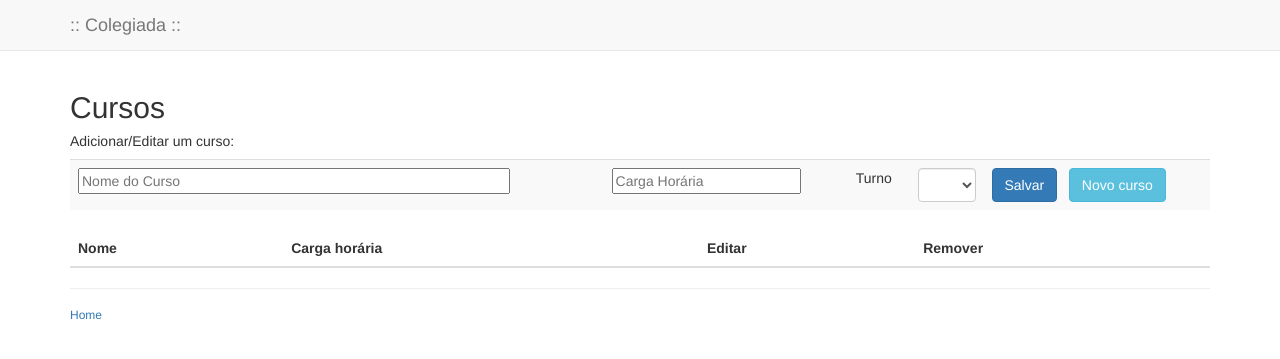
Repository: waltsonsilva/prova
Page: http://localhost/cadastros/cursos-list
The author's editor kept a copy of each file at every save. The page is drawn from the files as they stood at one save, then again after the next save.
The browser window is 1280 px wide. The pictures show the whole page.
Some web libraries are served in a nearby version. The page is this project's Thymeleaf template; nobody is signed in. The template is opened directly, without the code that normally fills it, so the values that code supplies are empty.

Above is the page before, as saved 2019-01-09 23:20:23.

### ProvaColegiada/src/main/resources/templates/cadastros/cursos-list.html
<!DOCTYPE html>
<html xmlns="http://www.w3.org/1999/xhtml"
	xmlns:th="http://www.thymeleaf.org">
<head>
<meta charset="UTF-8">
<title>Colegiada - Cadastro de Cursos</title>

</head>
<body>
	<div th:insert="header"></div>
	<div class="container">
		<h2>Cursos</h2>
		<h5>Adicionar/Editar um curso:</h5>
		<form class="form-narrow form-horizontal" method="post"
			th:action="@{/cursos/salvar}" th:object="${curso}">
			<input type="hidden" id="id" th:field="*{id}" />
			<table class="table table-striped">
				<tr>
					<td><input type="text" id="nome" placeholder="Nome do Curso"
						th:field="*{nome}" size="50" /></td>
					<td><input type="text" id="cargaHoraria"
						placeholder="Carga Horária" th:field="*{cargaHoraria}" /></td>

					<td>Turno</td>
					<td>
						<select class="form-control" id="modalidade" th:field="*{modalidade}">
							<option style="text-transform: capitalize"
								th:each="item : ${modalidades}"
								th:value="${item}"
								th:text="${item.text}" selected="selected"></option>
						</select>
					</td>


					<td><button type="submit" class="btn btn-primary">Salvar</button>&nbsp;&nbsp;
						<a th:href="@{/cursos/list}" class="btn btn-info">Novo curso</a></td>
				</tr>

			</table>
			<div class="alert alert-success" th:if="${mensagemSucesso}"
				th:text="${mensagemSucesso}"></div>
			<div class="alert alert-danger" th:if="${mensagemErro}"
				th:text="${mensagemErro}"></div>
		</form>

		<table class="table table-striped">
			<thead>
				<tr>
					<th>Nome</th>
					<th>Carga horária</th>
					<th>Editar</th>
					<th>Remover</th>
				</tr>
			</thead>
			<tbody>
				<tr th:each="curso : ${lista}">
					<td th:text="${curso.nome}"></td>
					<td th:text="${curso.cargaHoraria}"></td>
					<td><a class="btn btn-warning"
						th:href="@{/cursos/edit/{id}(id=${curso.id})}">Edit</a></td>
					<td><a class="btn btn-warning"
						th:href="@{/cursos/remover/{id}(id=${curso.id})}">Delete</a></td>
				</tr>
			</tbody>
		</table>
		<hr></hr>
		<h6>
			<a th:href="@{/}">Home</a>
		</h6>
	</div>
</body>
</html>

### ProvaColegiada/src/main/resources/templates/header.html
<!DOCTYPE HTML>
<html xmlns:th="http://www.thymeleaf.org"
	xmlns:sec="httP://www.thymeleaf.org/thymeleaf-extras-springsecurity4">
<head>

<th:block th:fragment="headerBlock">

	<meta name="viewport"
		content="width=device-width, initial-scale=1, shrink-to-fit=no"
		charset="UTF-8" />
	<meta name="_csrf" th:content="${_csrf.token}" />
	<meta name="_csrf_header" th:content="${_csrf.headerName}" />
	<meta name="viewport"
		content="width=device-width, initial-scale=1, shrink-to-fit=no" />

	<link rel="stylesheet"
		href="https://maxcdn.bootstrapcdn.com/bootstrap/3.3.7/css/bootstrap.min.css">

	<!-- jQuery library -->
	<script
		src="https://ajax.googleapis.com/ajax/libs/jquery/3.2.1/jquery.min.js"></script>

	<!-- Latest compiled JavaScript -->
	<script
		src="https://maxcdn.bootstrapcdn.com/bootstrap/3.3.7/js/bootstrap.min.js"></script>

</th:block>

<title>Colegiada :: Home</title>

</head>
<body>
	<th:block th:fragment="navBar">
		<nav class="navbar navbar-default navbar-static-top"
			th:fragment="header">
			<div class="container">
				<div class="navbar-header">
					<button type="button" class="navbar-toggle" data-toggle="collapse"
						data-target="#navbar">
						<span class="sr-only">Toggle navigation</span> <span
							class="icon-bar"></span> <span class="icon-bar"></span> <span
							class="icon-bar"></span>
					</button>
					<a class="navbar-brand" th:href="@{/}">:: Colegiada ::</a>
				</div>
				<div
					sec:authorize="hasAnyRole('ROLE_ADMIN') or hasRole('ROLE_USER')">
					<div id="navbar" class="navbar-collapse collapse">
						<ul class="nav navbar-nav">
							<li class="active"><a href="#">Home</a></li>
							<li class="dropdown"><a href="#" class="dropdown-toggle"
								data-toggle="dropdown"> Cadastro<span class="caret"></span></a>
								<ul class="dropdown-menu">
									<li><a th:href="@{/cursos/list}">Curso</a></li>
									<li><a th:href="@{/disciplinas/list}">Disciplina</a></li>
									<li><a th:href="@{/professores/list}">Professor</a></li>
									<li><a th:href="@{/turmas/list}">Turma</a></li>
									<li role="separator" class="divider"></li>
									<li class="dropdown-header">Provas</li>
									<li><a href="#">Questão</a></li>
									<li><a href="#">Gerar prova</a></li>
								</ul></li>
						</ul>
						<ul class="nav navbar-right">
							<li class="dropdown"><a href="#" class="dropdown-toggle"
								data-toggle="dropdown">Usuário logado: <span
									sec:authentication="name"></span> <span
									sec:authentication="principal.authorities"></span>


							</a>
								<ul class="dropdown-menu">

									<li><a sec:authorize="hasAnyRole('ROLE_ADMIN')"
										th:href="@{/novo-usuario}" class="btn">Criar usuário</a></li>
									<li><a sec:authorize="hasAnyRole('ROLE_ADMIN')"
										th:href="@{/usuarios/list}" class="btn">Listar usuários</a></li>
									<li>
										<form th:action="@{/logout}" method="post">
											<input type="hidden" name="${_csrf.parameterName}"
												value="${_csrf.token}" />
											<button type="submit" class="btn">
												<span class="glyphicon glyphicon-log-out"></span> Sair
											</button>
										</form>
									</li>
								</ul></li>
						</ul>
					</div>
				</div>
		</nav>
	</th:block>
	<!-- /.container -->

</body>
</html>

After the next save:
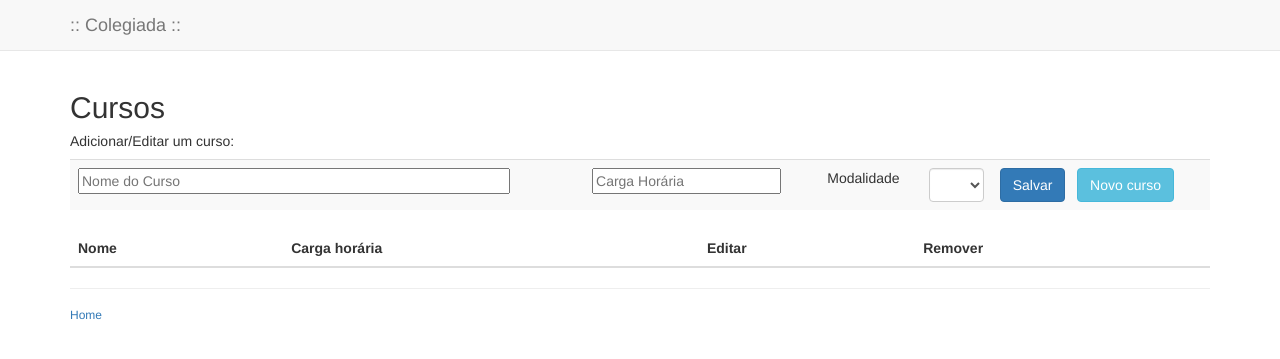
Saved 13 s later.
--- a/ProvaColegiada/src/main/resources/templates/cadastros/cursos-list.html
+++ b/ProvaColegiada/src/main/resources/templates/cadastros/cursos-list.html
@@ -21,7 +21,7 @@
 					<td><input type="text" id="cargaHoraria"
 						placeholder="Carga Horária" th:field="*{cargaHoraria}" /></td>
 
-					<td>Turno</td>
+					<td>Modalidade</td>
 					<td>
 						<select class="form-control" id="modalidade" th:field="*{modalidade}">
 							<option style="text-transform: capitalize"
